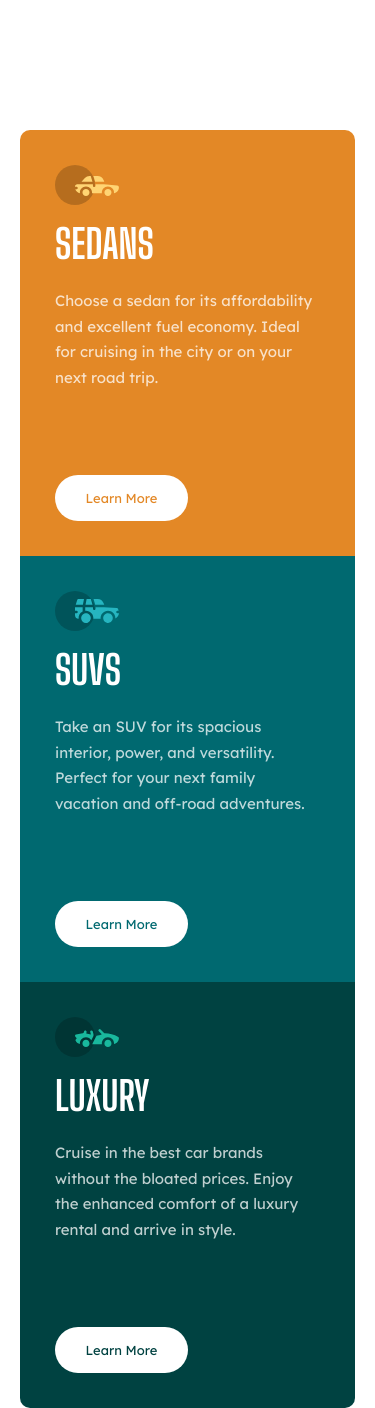
Repository: KamoliddinGIT/column-preview-card
Page: index.html
These files come from the project's save history. The page is drawn as it stood at one moment and after the next save; the edit follows.
The browser window is 375 px wide. The pictures show the whole page.

Above is the page before, as saved 2023-09-15 17:07:59.

### index.html
<!DOCTYPE html>
<html lang="en">
  <head>
    <meta charset="UTF-8" />
    <meta name="viewport" content="width=device-width, initial-scale=1.0" />
    <link
      rel="icon"
      type="image/png"
      sizes="32x32"
      href="./images/favicon-32x32.png"
    />
    <link
      href="https://fonts.googleapis.com/css2?family=Lexend+Deca&display=swap"
      rel="stylesheet"
    />
    <link
      href="https://fonts.googleapis.com/css2?family=Big+Shoulders+Display:wght@400;700&display=swap"
      rel="stylesheet"
    />
    <link rel="stylesheet" href="./css/style.css" />
    <title>3-column preview card component</title>
  </head>
  <body>
    <div class="container">
      <div class="card card__1">
        <img src="./images/icon-sedans.svg" alt="sedans" />
        <h1>SEDANS</h1>
        <p>
          Choose a sedan for its affordability and excellent fuel economy. Ideal
          for cruising in the city or on your next road trip.
        </p>
        <a href="#">Learn More</a>
      </div>
      <div class="card card__2">
        <img src="./images/icon-suvs.svg" alt="suvs" />
        <h1>SUVS</h1>
        <p>
          Take an SUV for its spacious interior, power, and versatility. Perfect
          for your next family vacation and off-road adventures.
        </p>
        <a href="#">Learn More</a>
      </div>
      <div class="card card__3">
        <img src="./images/icon-luxury.svg" alt="icon-luxury" />
        <h1>LUXURY</h1>
        <p>
          Cruise in the best car brands without the bloated prices. Enjoy the
          enhanced comfort of a luxury rental and arrive in style.
        </p>
        <a href="#">Learn More</a>
      </div>
    </div>
  </body>
</html>

### css/style.css
* {
  margin: 0;
  padding: 0;
  box-sizing: border-box;
}

body {
  padding: 70px;
  display: flex;
  justify-content: center;
  align-items: center;
  width: 100%;
  height: 100vh;
}

.container {
  display: flex;
  flex-direction: row;
  border-radius: 10px;
  max-width: 900px;
  width: 900px;
  height: 500px;
  color: hsla(0, 0%, 100%, 0.75);
}

.card__1 {
  max-width: 400px;
  width: 350px;
  height: 100%;
  background-color: hsl(31, 77%, 52%);
  border-top-left-radius: 10px;
  border-bottom-left-radius: 10px;
  padding: 45px;
}

.card__2 {
  max-width: 400px;
  width: 350px;
  height: 100%;
  background-color: hsl(184, 100%, 22%);
  padding: 45px;
}

.card__3 {
  max-width: 400px;
  width: 350px;
  height: 100%;
  background-color: hsl(179, 100%, 13%);
  border-top-right-radius: 10px;
  border-bottom-right-radius: 10px;
  padding: 45px;
}

.card {
  padding: 45px;
  display: flex;
  flex-direction: column;
}

.card h1 {
  font-family: "Big Shoulders Display", cursive;
  color: #fff;
  text-transform: uppercase;
  margin-top: 15px;
  margin-bottom: 20px;
  font-size: 40px;
}

.card img {
  width: 64px;
  height: 40px;
}

.card p {
  font-family: "Lexend Deca", sans-serif;
  margin: 0 0 50px;
  font-size: 15px;
  line-height: 1.7;
}

.card__1 a {
  display: flex;
  justify-content: center;
  align-items: center;
  font-size: 13px;
  width: 133px;
  text-decoration: none;
  font-family: "Lexend Deca", sans-serif;
  color: hsl(31, 77%, 52%);
  background: #fff;
  margin-top: 35px;
  border-radius: 50px;
  padding: 15px 10px;
}

.card__1 a:hover {
  font-size: 13px;
  display: flex;
  justify-content: center;
  align-items: center;
  border: 2px solid #fff;
  cursor: pointer;
  transition: 0.3s ease;
  background: hsl(31, 77%, 52%);
  font-family: "Lexend Deca", sans-serif;
  color: #fff;
}

.card__2 a {
  display: flex;
  justify-content: center;
  align-items: center;
  font-size: 13px;
  width: 133px;
  text-decoration: none;
  font-family: "Lexend Deca", sans-serif;
  color: hsl(184, 100%, 22%);
  background: #fff;
  margin-top: 35px;
  border-radius: 50px;
  padding: 15px 10px;
}

.card__2 a:hover {
  font-size: 13px;
  display: flex;
  justify-content: center;
  align-items: center;
  border: 2px solid #fff;
  cursor: pointer;
  transition: 0.3s ease;
  background: hsl(184, 100%, 22%);
  font-family: "Lexend Deca", sans-serif;
  color: #fff;
}

.card__3 a {
  display: flex;
  justify-content: center;
  align-items: center;
  font-size: 13px;
  width: 133px;
  text-decoration: none;
  font-family: "Lexend Deca", sans-serif;
  color: hsl(179, 100%, 13%);
  background: #fff;
  margin-top: 35px;
  border-radius: 50px;
  padding: 15px 10px;
}

.card__3 a:hover {
  font-size: 13px;
  display: flex;
  justify-content: center;
  align-items: center;
  border: 2px solid #fff;
  cursor: pointer;
  transition: 0.3s ease;
  background: hsl(179, 100%, 13%);
  font-family: "Lexend Deca", sans-serif;
  color: #fff;
}

/* media-css */

@media only screen and (max-width: 950px) {
  body {
    padding: 50px;
  }
  .container {
    max-width: 950px;
    width: 100%;
  }
}

@media only screen and (max-width: 800px) {
  body {
    padding: 20px;
    display: flex;
    justify-content: center;
    align-items: center;
  }
  .container {
    align-items: center;
    flex-direction: column;
  }
}

@media only screen and (max-width: 400px) {
  body {
    padding: 20px;
  }
  .container {
    max-width: 400px;
    width: 100%;
    margin-bottom: 40px;
  }
  .card {
    padding: 35px;
    width: 100%;
  }
  .card__1 {
    border-top-right-radius: 10px;
    border-top-left-radius: 10px;
    border-bottom-left-radius: 0;
  }
  .card__3 {
    margin-bottom: 30px;
    border-top-right-radius: 0;
    border-bottom-right-radius: 10px;
    border-bottom-left-radius: 10px;
  }
}

After the next save:
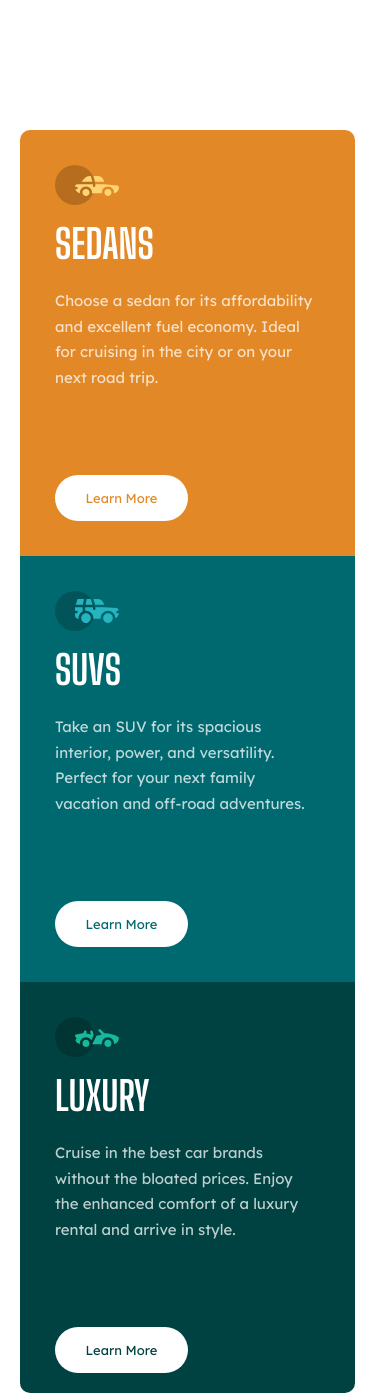
Saved 14 s later.
--- a/css/style.css
+++ b/css/style.css
@@ -206,7 +206,7 @@
     border-bottom-left-radius: 0;
   }
   .card__3 {
-    margin-bottom: 30px;
+    padding-bottom: 20px;
     border-top-right-radius: 0;
     border-bottom-right-radius: 10px;
     border-bottom-left-radius: 10px;
